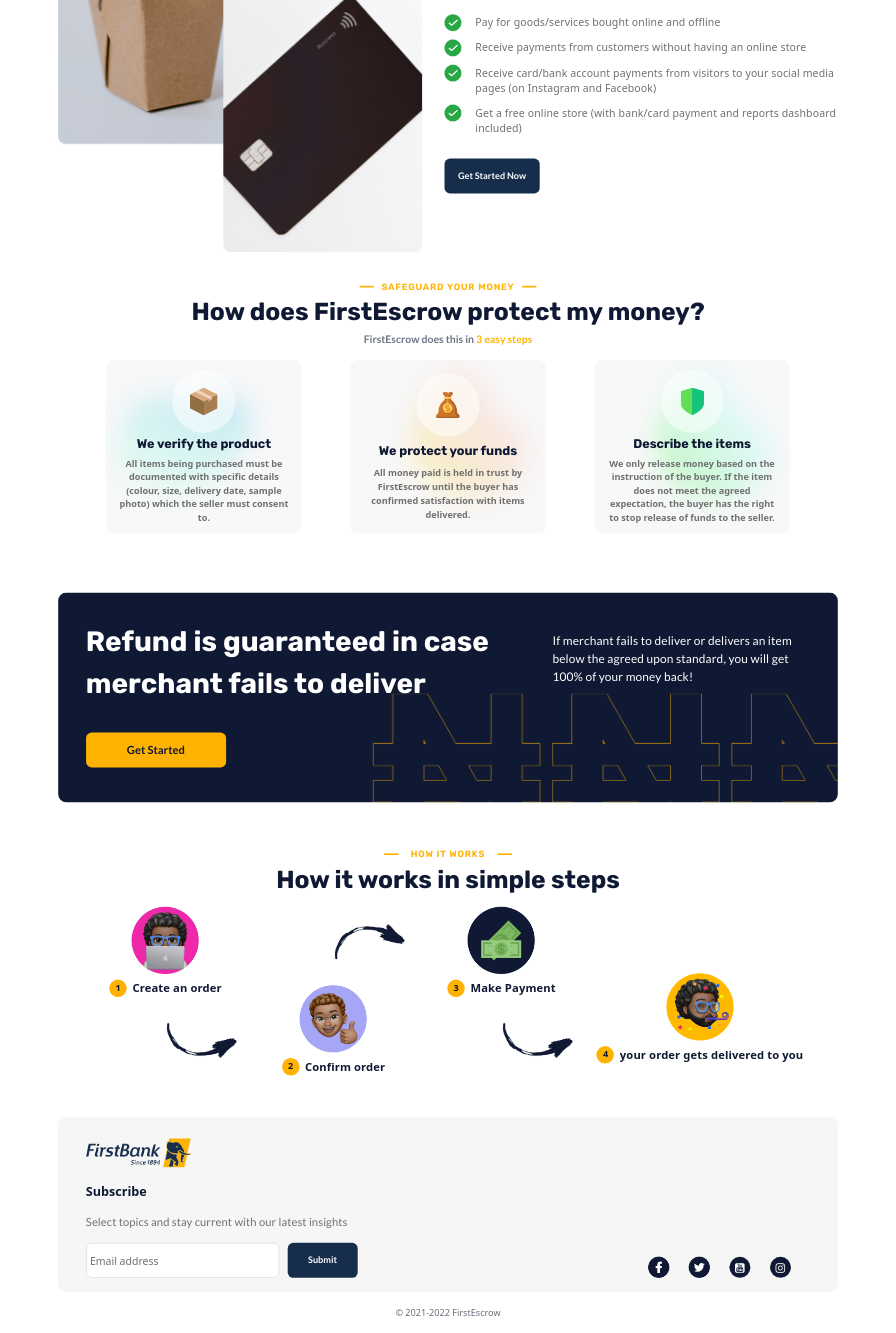
Repository: Pepperest-dev/First_Escrow_Home
Page: index.html
An editor plug-in stored every save of this project. The page is shown before and after the next save, followed by the edit.
The browser window is 1280 px wide. The pictures show the part of the page from y = 1269 to 3189 px (the page is 3173 px tall before and 3189 px after), at 70% of full size.

Above is the page before, as saved 2021-09-27 14:09:51.

After the next save:
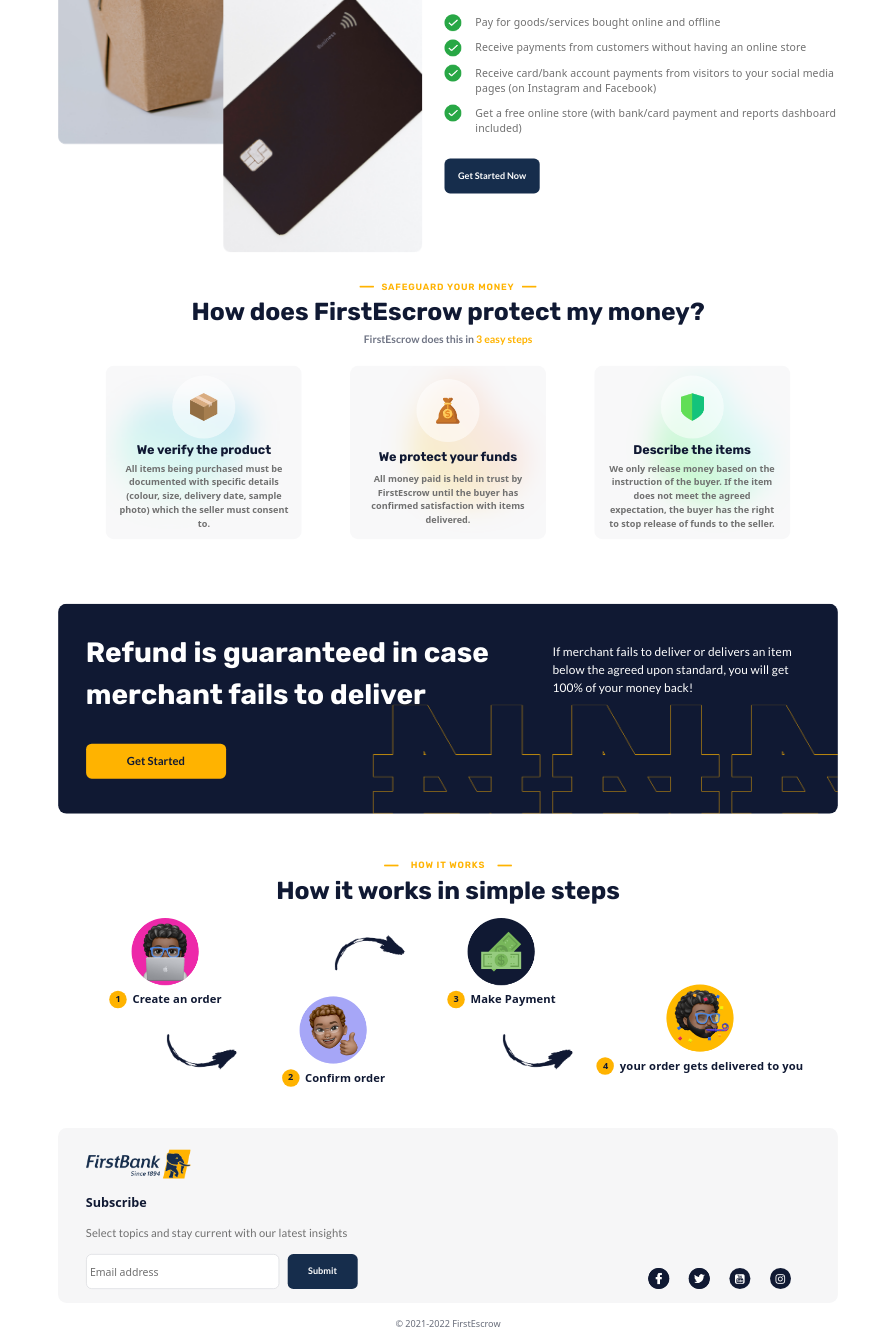
Saved 109 s later.
--- a/Js/app.js
+++ b/Js/app.js
@@ -65,7 +65,7 @@
       .map(
         ({ imgUrl, bgImgUrl, boxTextContent, boxTitle }) => `<div
             style="background-image: url(${bgImgUrl})"
-            class="box my-5 md:my-0 hover:shadow-xl duration-150 transition-shadow transition-shadow"
+            class="box my-5 md:my-2 hover:shadow-xl duration-150 transition-shadow transition-shadow"
           >
             <div class="boxImage">
               <img src=${imgUrl} alt="Box Image" srcset="" />
